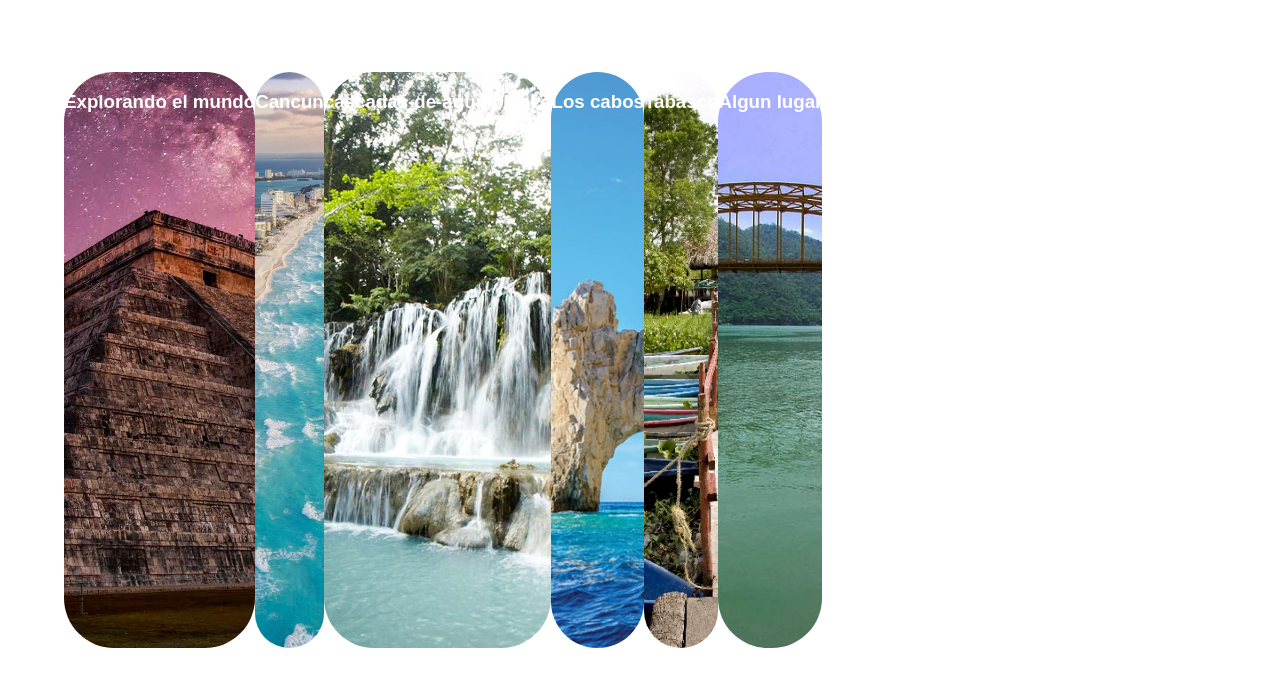
Repository: ElideZavala/Tarjetas-de-Imagenes
Page: index.html
These files come from the project's save history. The page is drawn as it stood at one moment and after a run of saves; the edit follows.
The browser window is 1280 px wide. The pictures show the whole page.
Some web fonts or font styles are not loaded; a fallback is used.

Above is the page before, as saved 2021-05-27 09:14:15.
Not found: script.js

### index.html
<!DOCTYPE html>
<html lang="es">
<head>
	<meta charset="UTF-8">
	<meta http-equiv="X-UA-Compatible" content="IE=edge">
	<meta name="viewport" content="width=device-width, initial-scale=1.0">
	<!-- <link rel="stylesheet" href="https://cdnjs.cloudflare.com/ajax/libs/font-awesome/5.15.3/css/all.min.css" integrity="sha512-iBBXm8fW90+nuLcSKlbmrPcLa0OT92xO1BIsZ+ywDWZCvqsWgccV3gFoRBv0z+8dLJgyAHIhR35VZc2oM/gI1w==" crossorigin="anonymous" referrerpolicy="no-referrer" /> -->
	<title>Fotos e Imagenes</title>
	<link rel="stylesheet" href="normalize.css">
	<link rel="stylesheet" href="./style.css">
</head>
<body>
	<div class="container">
		<div class="panel active" style="background-image: url(./assets/imagenes/piramide\ maya.jpg);">
			<h3>Explorando el mundo</h3>
		</div>
		<div class="panel" style="background-image: url(./assets/imagenes/cancun.jpg);">
			<h3>Cancun</h3>
		</div>
		<div class="panel" style="background-image: url(./assets/imagenes/cascadas-de-agua-blanca.jpg);">
			<h3>cascadas-de-agua-blanca</h3>
		</div>
		<div class="panel" style="background-image: url(./assets/imagenes/los-cabos.jpg);">
			<h3>Los cabos</h3>
		</div>
		<div class="panel" style="background-image: url(./assets/imagenes/TabascoHome3_960x651.jpg);">
			<h3>Tabasco</h3>
		</div>
		<div class="panel" style="background-image: url(./assets/imagenes/750b9860b1989270fb537fbceb1adcf2.jpg);">
			<h3>Algun lugar</h3>
		</div>

	</div>

	<script src="script.js"></script>
</body>
</html>

### style.css
@import url('https://fonts.googleapis.com/css?family=Muli&display=swap');

* {
	box-sizing: border-box;
}

body {
	font-family: 'Muli', sans-serif;
	display: flex;
	flex-direction: column;
	align-items: center;
	justify-content: center;
	height: 100vh;
	overflow: hidden;
	margin: 0;
}

.container {
	display: flex;
	width: 90vw;
}

.panel {
	background-size: cover;
	background-position: center;
	background-repeat: no-repeat;
	height: 80vh;
	border-radius: 50px;
	color: #fff;
	cursor: grabbing;

}

Loaded but not shown: normalize.css (library)

After the next 2 saves:
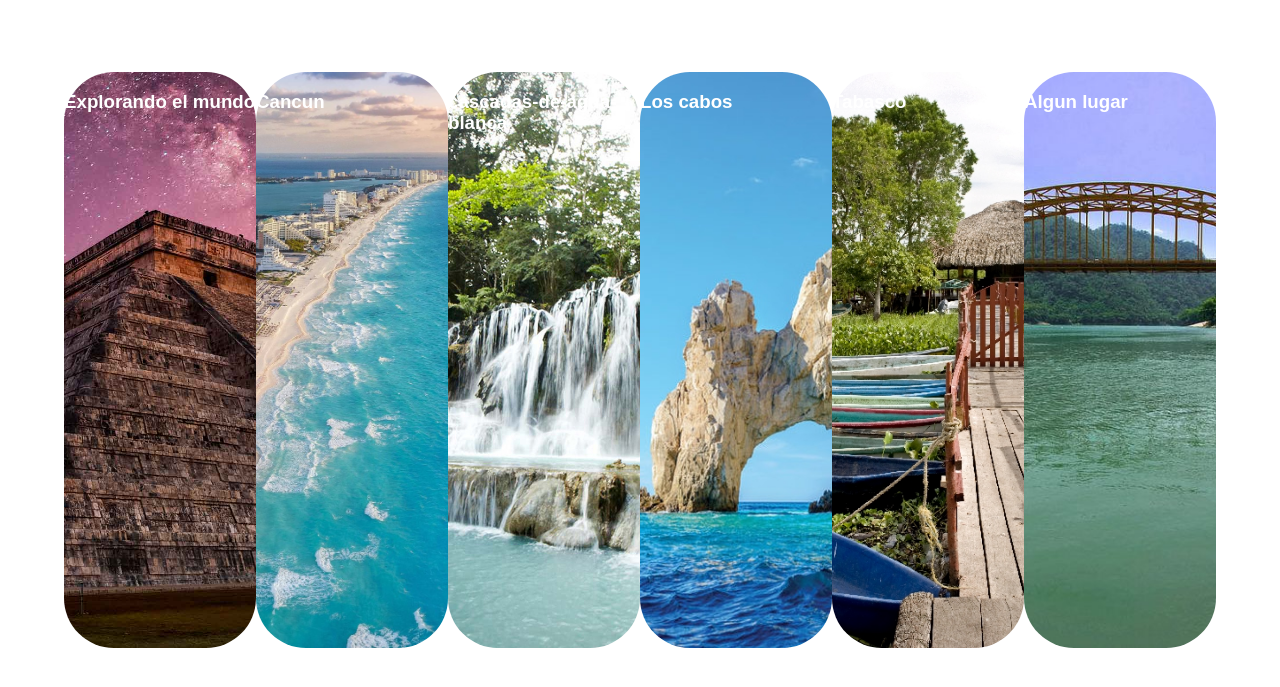
The 2 saves are shown as one change because they came seconds apart.
The last was saved 2 min 21 s later.
--- a/style.css
+++ b/style.css
@@ -27,6 +27,7 @@ body {
 	height: 80vh;
 	border-radius: 50px;
 	color: #fff;
-	cursor: grabbing;
+	cursor: pointer;
+	flex: 0.5;
 
 }
